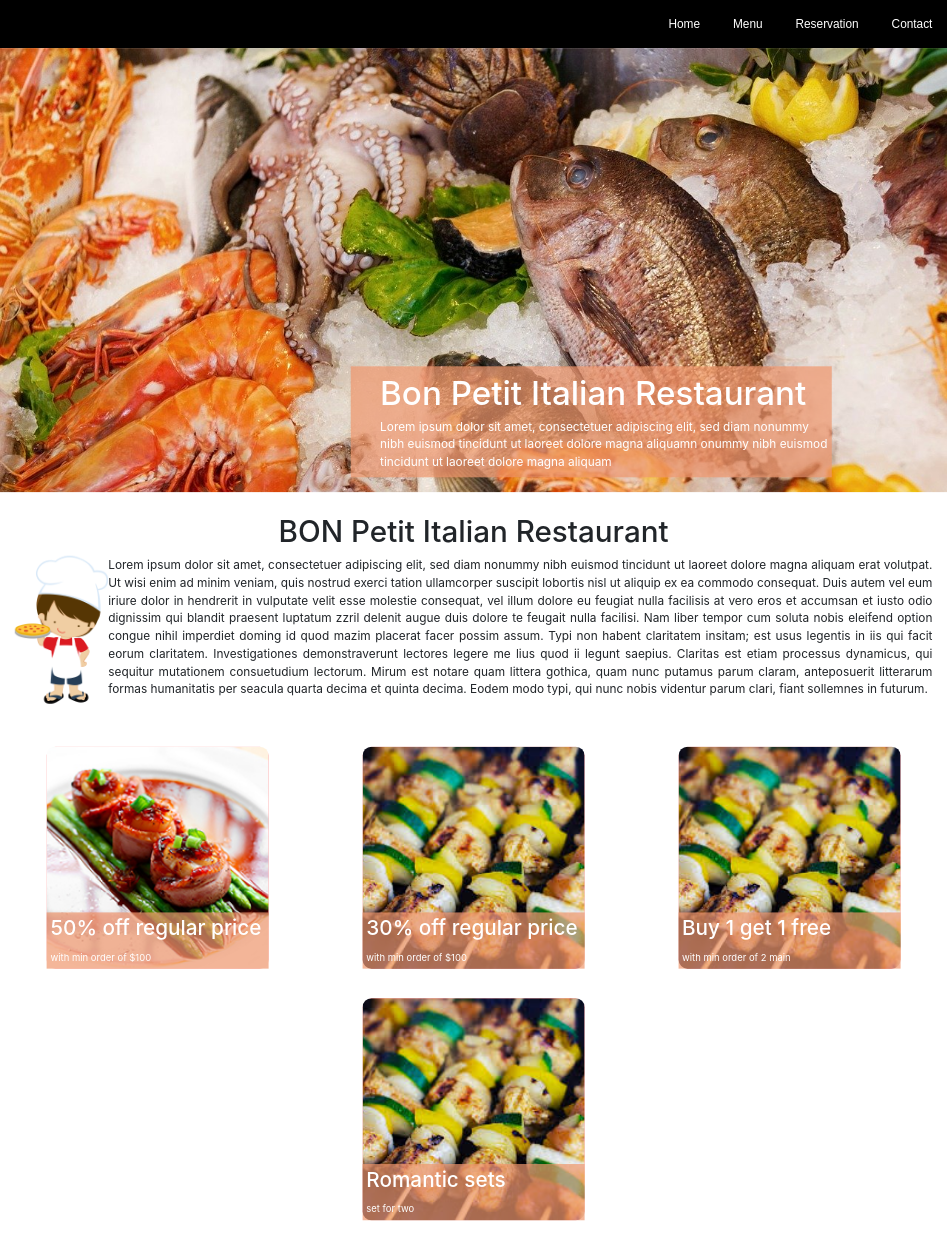
Repository: 4forces/HTML-CSS-LESSON
Page: mock-up-project.html
The author's editor kept a record of every edit. The page is drawn from the files as they stood at one moment, then again after the next edit.
The browser window is 1280 px wide. The pictures show the whole page, at 74% of full size.

Above is the page before.

After the next edit:
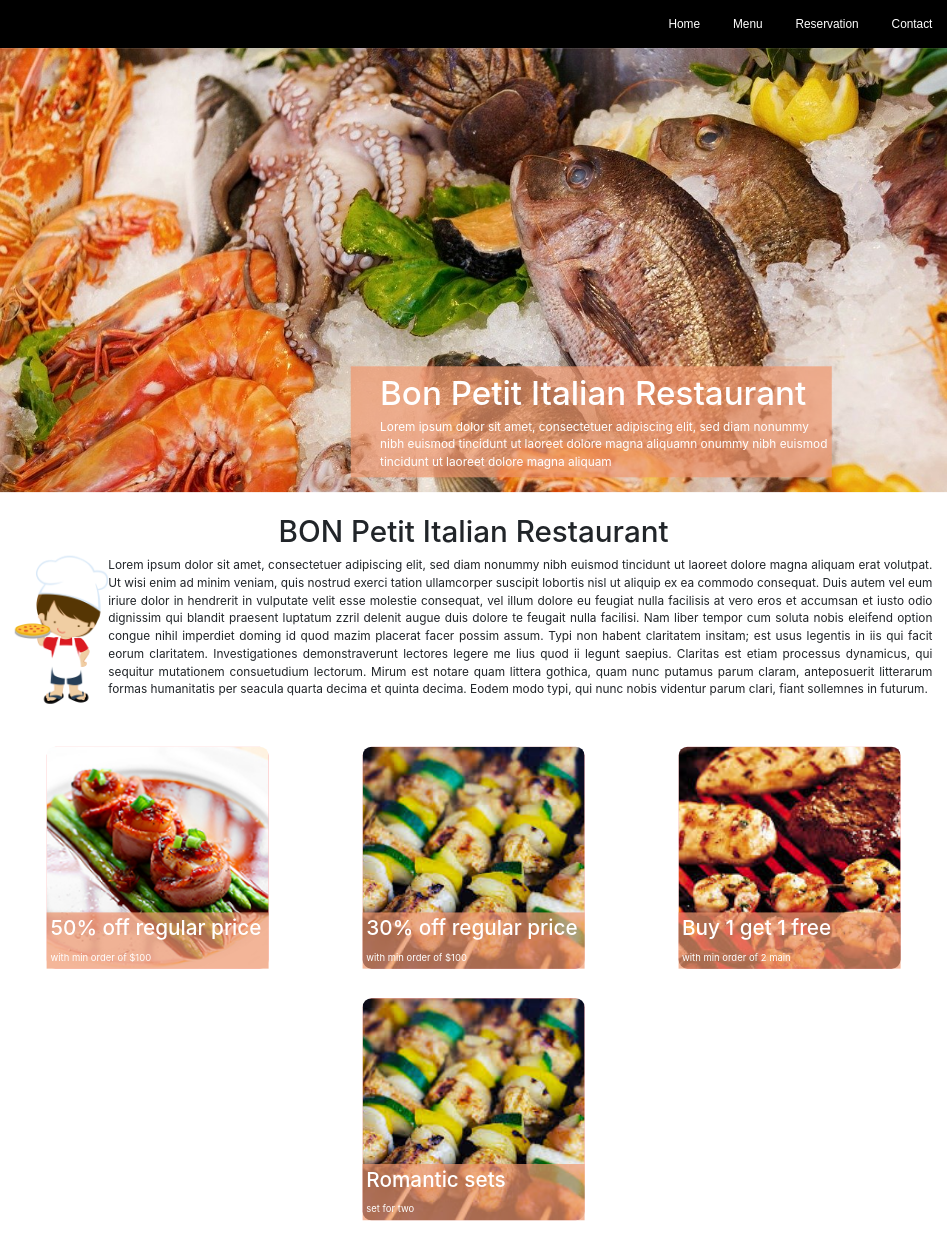
The edit:
--- a/styles/mock-up.css
+++ b/styles/mock-up.css
@@ -77,7 +77,7 @@
     background-image: url(../images/bbq-skews.jpeg);
 }
 .promo-3 {
-    background-image: url(../images/bbq-skews.jpeg);
+    background-image: url(../images/bbq-food.jpeg);
 }
 .promo-4 {
     background-image: url(../images/bbq-skews.jpeg);
